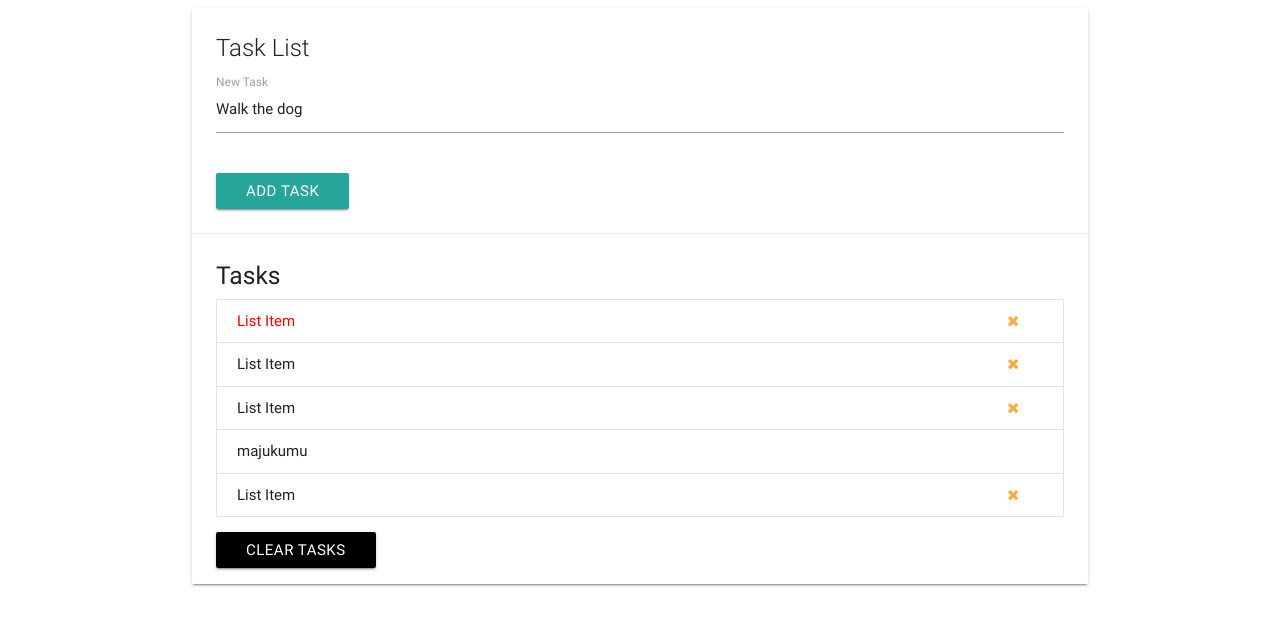
Repository: brianokanga/modern-javascript
Page: Section 3/index.html
The author's editor kept a copy of each file at every save. The page is drawn from the files as they stood at one save, then again after the next save.
The browser window is 1280 px wide. The pictures show the whole page.
Some web libraries are served in a nearby version.

Above is the page before, as saved 2020-04-03 02:52:41.

### Section 3/index.html
<!DOCTYPE html>
<html lang="en">

<head>
  <meta charset="UTF-8">
  <meta name="viewport" content="width=device-width, initial-scale=1.0">
  <meta http-equiv="X-UA-Compatible" content="ie=edge">
  <link rel="stylesheet" href="https://cdnjs.cloudflare.com/ajax/libs/materialize/0.100.2/css/materialize.min.css">
  <link href="https://maxcdn.bootstrapcdn.com/font-awesome/4.7.0/css/font-awesome.min.css" rel="stylesheet" integrity="sha384-wvfXpqpZZVQGK6TAh5PVlGOfQNHSoD2xbE+QkPxCAFlNEevoEH3Sl0sibVcOQVnN"
    crossorigin="anonymous">
  <title>Task List</title>
</head>

<body>
  <div class="container">
    <div class="row">
      <div class="col s12">
        <div id="main" class="card">
          <div class="card-content">
            <span class="card-title">Task List</span>
            <div class="row">
              <form id="task-form">
                <div class="input-field col s12">
                  <input type="text" name="task" id="task" value="Walk the dog">
                  <label for="task">New Task</label>
                </div>
            </div>
            <input type="submit" value="Add Task" class="btn">
            </form>
          </div>
          <div class="card-action">
            <h5 id="task-title">Tasks</h5>
            <ul class="collection">
              <li class="collection-item">
                List Item
                <a href="#" class="delete-item secondary-content">
                  <i class="fa fa-remove"></i>
                </a>
              </li>
              <li class="collection-item">
                List Item
                <a href="#" class="delete-item secondary-content">
                  <i class="fa fa-remove"></i>
                </a>
              </li>
              <li class="collection-item">
                List Item
                <a href="#" class="delete-item secondary-content">
                  <i class="fa fa-remove"></i>
                </a>
              </li>
              <li class="collection-item">
                List Item
                <a href="#" class="delete-item secondary-content">
                  <i class="fa fa-remove"></i>
                </a>
              </li>
              <li class="collection-item">
                List Item
                <a href="#" class="delete-item secondary-content">
                  <i class="fa fa-remove"></i>
                </a>
              </li>
            </ul>
            <a class="clear-tasks btn black" href="">Clear Tasks</a>
          </div>
        </div>
      </div>
    </div>
  </div>
  <script src="https://code.jquery.com/jquery-3.2.1.js" integrity="sha256-DZAnKJ/6XZ9si04Hgrsxu/8s717jcIzLy3oi35EouyE=" crossorigin="anonymous"></script>
  <script src="https://cdnjs.cloudflare.com/ajax/libs/materialize/0.100.2/js/materialize.min.js"></script>
  <script src="app.js"></script>
</body>

</html>

### Section 3/app.js
// let val ;
// val = document;
// val = document.all;
// val = document.all[2];
// val = document.all.length;
// val = document.head;
// val = document.body;
// val = document.domain;
// val = document.URL;
// val = document.characterSet;
// val = document.contentType;

// val = document.forms;
// val = document.forms[0];
// val = document.forms[0].id;
// val = document.forms[0].method;
// val = document.forms[0].action;



// val = document.links;
// val = document.links[0];
// val = document.links[0].id;
// val = document.links[0].className;
// val = document.links[0].classList[0];

// val = document.images;

// val = document.scripts;
// val = document.scripts[2].getAttribute('src');


// let scripts = document.scripts;

// let scriptsArr = Array.from(scripts);

// scriptsArr.forEach(function(script){
//     console.log(scripts);
// })

// // console.log(val);

// //JS SELECTORS

// //1. getElementById
// //console.log(document.getElementById('task-title'));
// // console.log(document.getElementById('task-title').id);
// // console.log(document.getElementById('task-title').className);

// const taskTitle = document.getElementById('task-title');

// //change styling
// taskTitle.style.background = '#333';
// taskTitle.style.color = '#fff';
// taskTitle.style.padding = '5px';

// // change the content
// taskTitle.textContent = 'Task lists';
// taskTitle.innerText = 'My Tasks';
// taskTitle.innerHTML = '<span style="color: red">Task List</span>';

// //2. Document.querySelector()
// console.log(document.querySelector('#task-title'));
// console.log(document.querySelector('.card-title'));

// document.querySelector('li').style.color = 'red';
// document.querySelector('li:last-child').style.color = 'red';
// document.querySelector('li:nth-child(3)').style.color = 'yellow';
// document.querySelector('li:nth-child(4)').textContent = 'we there';
// document.querySelector('li:nth-child(odd)').style.background = 'gray';
// document.querySelector('li:nth-child(even)').style.background = 'purple';

//documents.getElementsByClassName
// const items = document.getElementsByClassName('collection-item');
// console.log(items);
// console.log(items[0]);

// items[0].style.color = 'red';
// items[3].textContent = 'majukumu';

// const listItems = document.querySelector('ul').getElementsByClassName = ('collection-item');

//getElementsByTagName
let lis = document.getElementsByTagName('li');
console.log(lis);
console.log(lis[0]);
lis[0].style.color = 'red';
lis[3].textContent = 'majukumu';

//Convert HTML collection into array
lis = Array.from(lis);

lis.reverse();

lis.forEach(function(li){
    console.log(li.className);
});

console.log(lis);

After the next save:
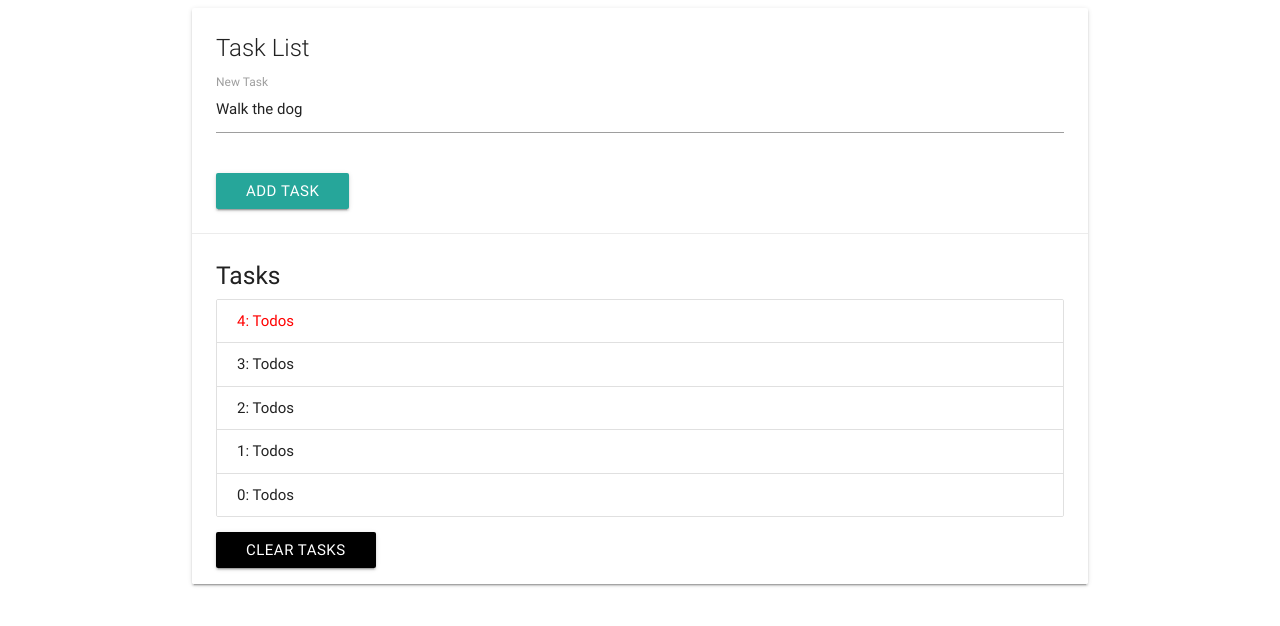
Saved 119 s later.
--- a/Section 3/app.js
+++ b/Section 3/app.js
@@ -92,8 +92,9 @@ lis = Array.from(lis);
 
 lis.reverse();
 
-lis.forEach(function(li){
+lis.forEach(function(li, index){
     console.log(li.className);
+    li.textContent = `${index}: Todos`
 });
 
 console.log(lis);
